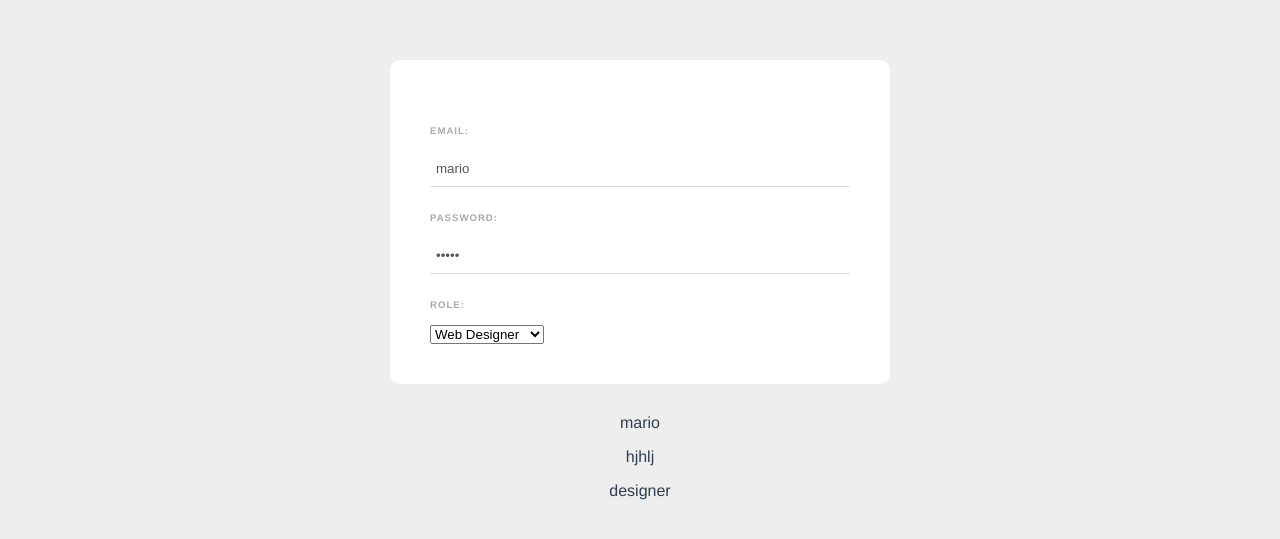
Repository: pin-seavmuy/Vue-Js
Page: /
These files come from the project's save history. The page is drawn as it stood at one moment and after the next save; the edit follows.
The browser window is 1280 px wide. The pictures show the whole page.
The project was rebuilt for these pictures with package versions that can differ from the ones it lists, and the page was loaded fresh each time. Also part of the build but not shown: vue.config.js.

Above is the page before, as saved 2023-11-15 23:46:10.

After the next save:
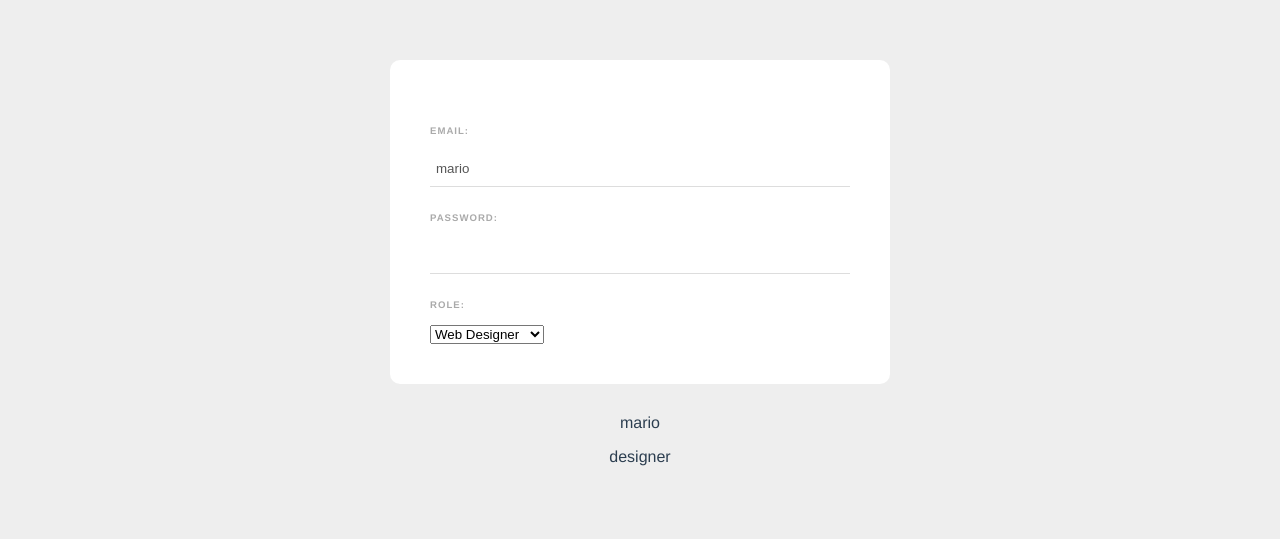
Saved 11 s later.
--- a/src/components/SignupForm.vue
+++ b/src/components/SignupForm.vue
@@ -23,7 +23,7 @@ export default {
     data(){
         return{
             email: 'mario',
-            password: 'hjhlj',
+            password: '',
             role: 'designer'
         }
     },
